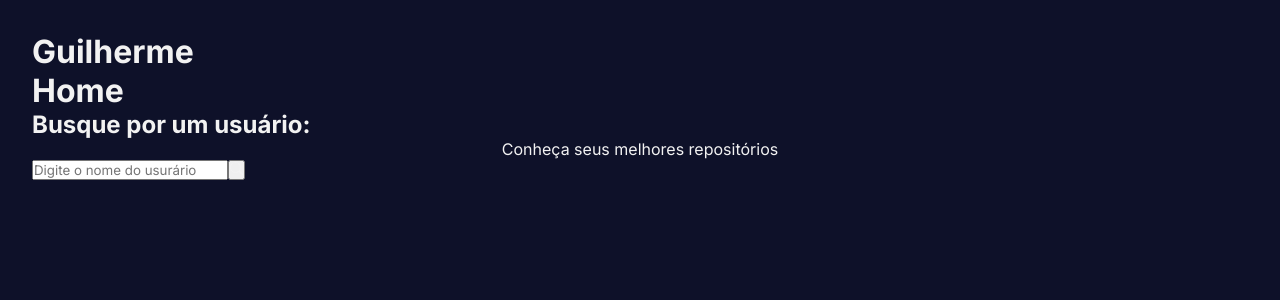
Repository: guilhermecardoso93/github-finder
Page: /
The author's editor kept a copy of each file at every save. The page is drawn from the files as they stood at one save, then again after the next save.
The browser window is 1280 px wide. The pictures show the whole page.
The project was rebuilt for these pictures with package versions that can differ from the ones it lists, and the page was loaded fresh each time. Also part of the build but not shown: vite.config.ts.

Above is the page before, as saved 2024-10-23 19:57:23.

### index.html
<!doctype html>
<html lang="en">

<head>
    <meta charset="UTF-8" />
    <link rel="icon" type="image/svg+xml" href="/" />
    <link rel="preconnect" href="https://fonts.googleapis.com">
    <link rel="preconnect" href="https://fonts.gstatic.com" crossorigin>
    <link href="https://fonts.googleapis.com/css2?family=Inter:ital,opsz,wght@0,14..32,100..900;1,14..32,100..900&display=swap" rel="stylesheet">
    <meta name="viewport" content="width=device-width, initial-scale=1.0" />
    <title>GitHub Finder </title>
</head>

<body>
    <div id="root"></div>
    <script type="module" src="/src/main.tsx"></script>
</body>

</html>

### src/main.tsx
import { createBrowserRouter, RouterProvider } from "react-router-dom";
import { StrictMode } from "react";
import { createRoot } from "react-dom/client";
import { App } from "./App.tsx";
import "./index.css";

//Pages
import { Home } from "./routes/Home.tsx";

const router = createBrowserRouter([
  {
    path: "/",
    element: <App />,
    children: [
      {
        path: "/",
        element: <Home />,
      },
    ],
  },
]);

createRoot(document.getElementById("root")!).render(
  <StrictMode>
    <RouterProvider router={router} />
  </StrictMode>
);

### src/App.tsx
import { Outlet } from "react-router-dom";

export const App = () => {
  return (
    <>
      <h1>Guilherme</h1>
      <Outlet />
    </>
  );
};

### src/index.css
* {
  padding: 0;
  margin: 0;
  box-sizing: border-box;
  font-family: "Inter", serif;
  font-optical-sizing: auto;
  color: #f2f2f2;
}

body {
  background-color: #0e1129;
  padding: 2rem;
}

p {
  text-align: center;
}

a {
  text-decoration: none;
}

### src/routes/Home.tsx
import { Search } from "../components/Search";

export const Home = () => {
  return (
    <>
      <h1>Home</h1>
      <Search />
    </>
  );
};

### src/components/Search/index.tsx
import { BsSearch } from "react-icons/bs";

export const Search = () => {
  return (
    <div>
      <h2>Busque por um usuário:</h2>
      <p>Conheça seus melhores repositórios</p>
      <div>
        <input type="text" placeholder="Digite o nome do usurário" />
        <button>
          <BsSearch />
        </button>
      </div>
    </div>
  );
};

After the next save:
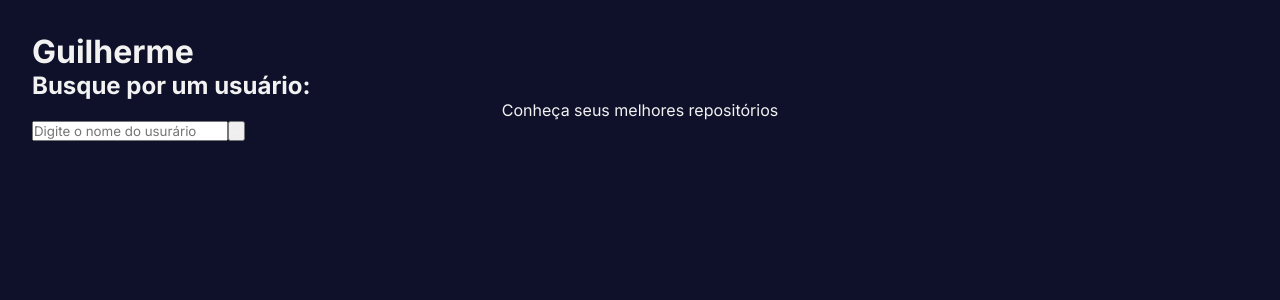
Saved 9 s later.
--- a/src/routes/Home.tsx
+++ b/src/routes/Home.tsx
@@ -3,7 +3,6 @@ import { Search } from "../components/Search";
 export const Home = () => {
   return (
     <>
-      <h1>Home</h1>
       <Search />
     </>
   );
